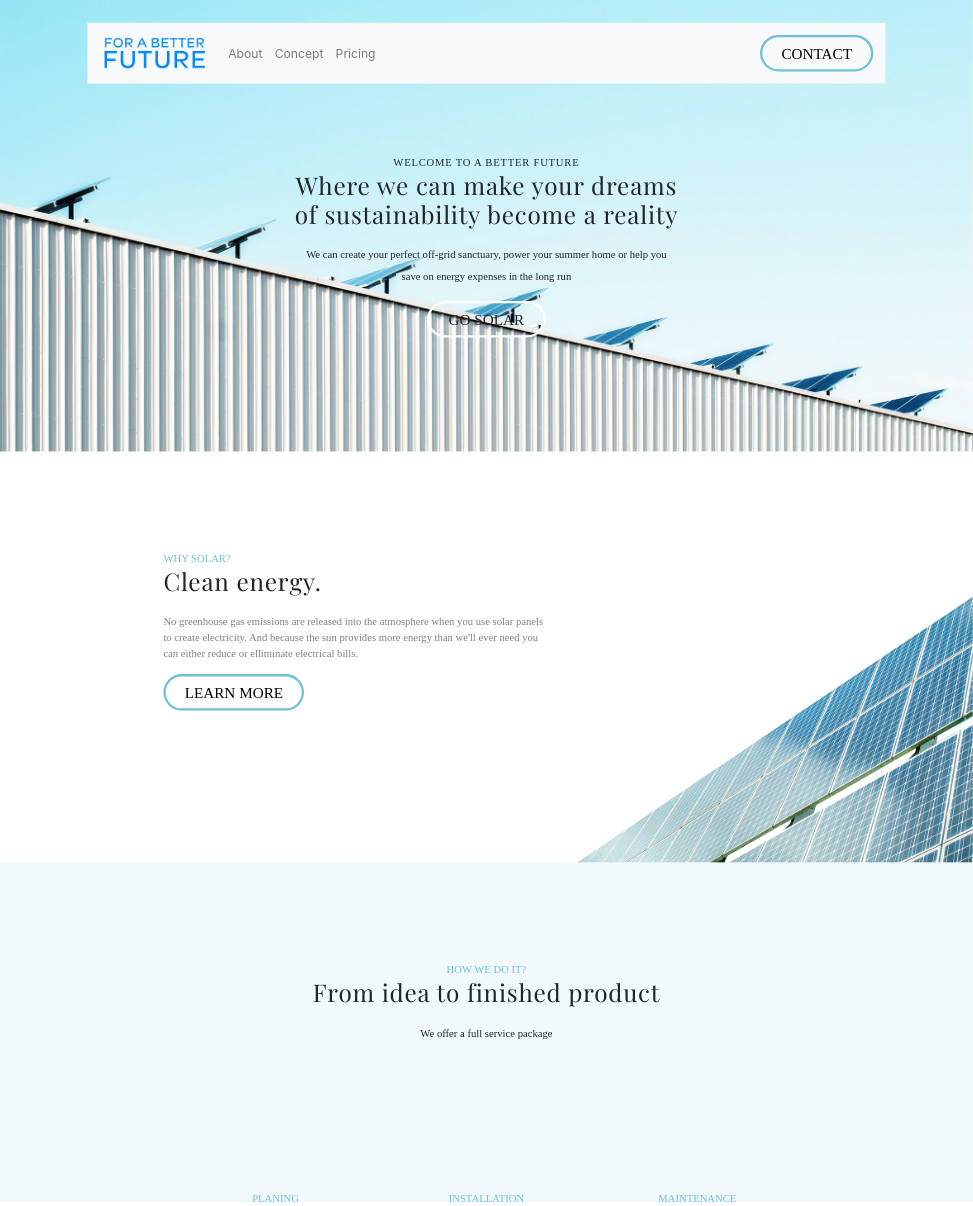
Repository: sabinemm/fabf
Page: index.html
The author's editor kept a record of every edit. The page is drawn from the files as they stood at one moment, then again after the next edit.
The browser window is 1280 px wide. The pictures show the whole page, at 76% of full size.
Backgrounds fixed to the window are drawn as part of the page. Some web fonts or font styles are not loaded; a fallback is used. Some web libraries are served in a nearby version.

Above is the page before.

### index.html
<!DOCTYPE html>
<html lang="en">

<head>
    <meta charset="UTF-8">
    <meta name="viewport" content="width=device-width, initial-scale=1.0">
    <meta http-equiv="X-UA-Compatible" content="ie=edge">
    <link rel="stylesheet" href="style.css" type="text/css" />
    <link rel="stylesheet" href="https://stackpath.bootstrapcdn.com/bootstrap/4.3.1/css/bootstrap.min.css" integrity="sha384-ggOyR0iXCbMQv3Xipma34MD+dH/1fQ784/j6cY/iJTQUOhcWr7x9JvoRxT2MZw1T" crossorigin="anonymous">
    <link rel="stylesheet" media="screen" href="https://fontlibrary.org/face/roundo" type="text/css" />
    <link rel="stylesheet" media="screen" href="https://fontlibrary.org/face/source-sans-pro" type="text/css" />
    <link href="https://fonts.googleapis.com/css?family=Playfair+Display&display=swap" rel="stylesheet">
    <script src="https://kit.fontawesome.com/7e530e9396.js"></script>
    <title>FOR A BETTER FUTURE</title>
</head>

<body>

    <!–-----– NAVBAR ------->

    <div class="container">
        <nav class="navbar navbar-fixed-top navbar-expand-lg navbar-light bg-light">
            <a class="navbar-brand" href="#">
          <img src="img/logo.svg" height="50px"alt="logo">
        </a>
            <button class="navbar-toggler" type="button" data-toggle="collapse" data-target="#navbarText" aria-controls="navbarText" aria-expanded="false" aria-label="Toggle navigation">
    <span class="navbar-toggler-icon"></span>
  </button>
            <div class="collapse navbar-collapse justify-content-center" id="navbarText">
                <ul class="navbar-nav mr-auto">
                    <li class="nav-item">
                        <a class="nav-link" href="#">About</a>
                    </li>
                    <li class="nav-item">
                        <a class="nav-link" href="#">Concept</a>
                    </li>
                    <li class="nav-item">
                        <a class="nav-link" href="#">Pricing</a>
                    </li>
                </ul>
                <span class="navbar-text">
          <button type="button" class="btn btn-blue-border">CONTACT</button>
    </span>
            </div>
        </nav>
    </div>

    <!–-----– FIRST SECTION ------->

    <section id="parallax">
        <div class="container">
            <div class="ltitle text-center">
                <p class="uppercase stitle">WELCOME TO A BETTER FUTURE</p>
                <h2> Where we can make your dreams <br> of sustainability become a reality </h2>
                <p class="tparagraph"> We can create your perfect off-grid sanctuary, power your summer home or help you <br> save on energy expenses in the long run</p>
                <button type="button" class="btn  btn-transp-white-border">GO SOLAR</button>
            </div>
        </div>
    </section>

    <!–-----– SECOND SECTION ------->

    <section id="clean">
        <div class="container container-fluid section-2">
            <div class="row">
                <div class="col col-md-6">
                    <p class="uppercase stitle stitle-blue">WHY SOLAR?</p>
                    <h2 class="ltitle ltitle2"> Clean energy.</h2>
                    <p class="tparagraph tparagraph2"> No greenhouse gas emissions are released into the atmosphere when you use solar panels to create electricity. And because the sun provides more energy than we'll ever need you can either reduce or elliminate electrical bills. </p>
                    <button type="button" class="btn btn-blue-border">LEARN MORE</button>

                </div>
            </div>

            <div class="container">
                <div class="col col-md-6 offset-md-6">
                    <img src="img/sidepanel.png" class="sidepanel"></img>
                </div>
            </div>
        </div>

    </section>

    <!–-----– THIRD SECTION ------->

    <section id="idea">
        <div class="idea-title text-center">
            <p class="uppercase stitle stitle-blue">HOW WE DO IT?</p>
            <h2 class="ltitle ltitle2"> From idea to finished product</h2>
            <p class="tparagraph">We offer a full service package</p>

        </div>
        <div class="container container-fluid ">
            <div class="row m-auto text-center justify-content-center">
                <div class=" col-sm-3 col-md-3">
                    <div class="class="fas fa-pencil-ruler"></div>
                     <p class="uppercase stitle stitle-blue">PLANING</p>
                </div>
                <div class="col-sm-3 col-md-3">
                     <p class="uppercase stitle stitle-blue">INSTALLATION</p>
                </div>
                <div class="col-sm-3 col-md-3">
                     <p class="uppercase stitle stitle-blue">MAINTENANCE</p>
                </div>
            </div>

        </div>

    </section>

</body>

</html>

### style.css

/*-------------------navbar------------------*/

.navbar {
    margin-top: 30px;
    margin-left: 30px;
    margin-right: 30px;

}

@media (max-width:536px) {
    .navbar {
        margin-top: 15px;
        margin-left: 10px;
        margin-right: 10px;
    }
}

/*-------------------Buttons------------------*/

.btn-transp-white-border,
.btn-transp-white-border:hover,
.btn-transp-white-border:active,
.btn-transp-white-border:visited,
.btn-transp-white-border:active:focus,
.btn-transp-white-border:focus {
    background-color: rgba(0, 0, 0, 0);
    border: solid 3px white !important;
    border-radius: 30px !important;
    color: white;
    text-align: center;
    text-decoration: none;
    display: inline-block;
    font-size: 20px !important;
    font-family: 'SourceSansProRegular';
    padding-left: 25px !important;
    padding-right: 25px !important;
}


.btn-transp-white-border:hover {
    background-color: rgba(255, 255, 255, 0.5);
    padding-left: 25px;
    padding-right: 25px;
}


.btn-blue-border,
.btn-blue-border:hover,
.btn-blue-border:active,
.btn-blue-border:visited,
.btn-blue-border:active:focus,
.btn-blue-border:focus {
    background-color: rgba(0, 0, 0, 0) !important;
    border: solid 3px rgb(112, 192, 214) !important;
    border-radius: 30px !important;
    color: black !important;
    text-align: center;
    text-decoration: none;
    display: inline-block;
    font-size: 20px !important;
    font-family: 'SourceSansProRegular';
    padding-left: 25px !important;
    padding-right: 25px!important;
}

.btn-blue-border:hover {
    background-color: rgba(112, 192, 214, 0.5) !important;
    padding-left: 25px;
    padding-right: 25px;
}


/*-------------------SECTION 1 PAGE 1------------------*/

#parallax {
    background: url(img/1page1section.jpg);
    background-attachment: fixed;
    background-position: bottom;
    background-repeat: no-repeat;
    background-size: cover;
    margin-top: -110px;
}

@media (max-width:536px) {
    #parallax {
        margin-top: -110px;
    }
}

.stitle {
    font-size: 14px;
    font-family: 'RoundoRegular';
    font-weight: 500;
    font-style: normal;
    margin-bottom: -5px;
}

.ltitle {
    padding-top: 200px;
    font-family: 'Playfair Display';
    letter-spacing: 1px;
    line-height: 30px;
    padding-bottom: 150px;
}

@media (max-width:768px) {
    .ltitle {
        padding-top: 150px;
        padding-bottom: 100px;
    }
}

.tparagraph {
    padding-top: 10px;
    font-family: 'SourceSansProRegular';
    font-weight: normal;
    font-style: normal;
    font-size: 14px;
    letter-spacing: 0;
}

@media (max-width:768px) {
    br {
        display: none !important;
        visibility: hidden;
    }
}

/*-------------------SECTION 2 PAGE 1------------------*/
#clean {
    padding-left: 0;
}
@media (min-width:768px) {
#clean {
    padding-left: 200px;
}
}


.stitle-blue {
    color:rgb(112, 192, 214);
    padding-top: 70px;

}

@media (min-width:768px) {
    .stitle-blue {
        padding-top: 130px;
    }
}

.ltitle2 {
padding-top: 10px;
padding-bottom: 10px;
}

.tparagraph2 {
    color: gray;

}

.section-2 {
  padding-bottom: 100px;
}

.sidepanel {
position:relative;
float: right;
height:350px;
margin-top: -150px;
margin-right: -45px;
z-index: -1;
}


/*-------------------SECTION 3 PAGE 1------------------*/

#idea {
    background-color: rgb(242, 249,252);
}

.idea-title {;
    padding-bottom: 50px;
    margin-top: 100px;
}

After the next edit:
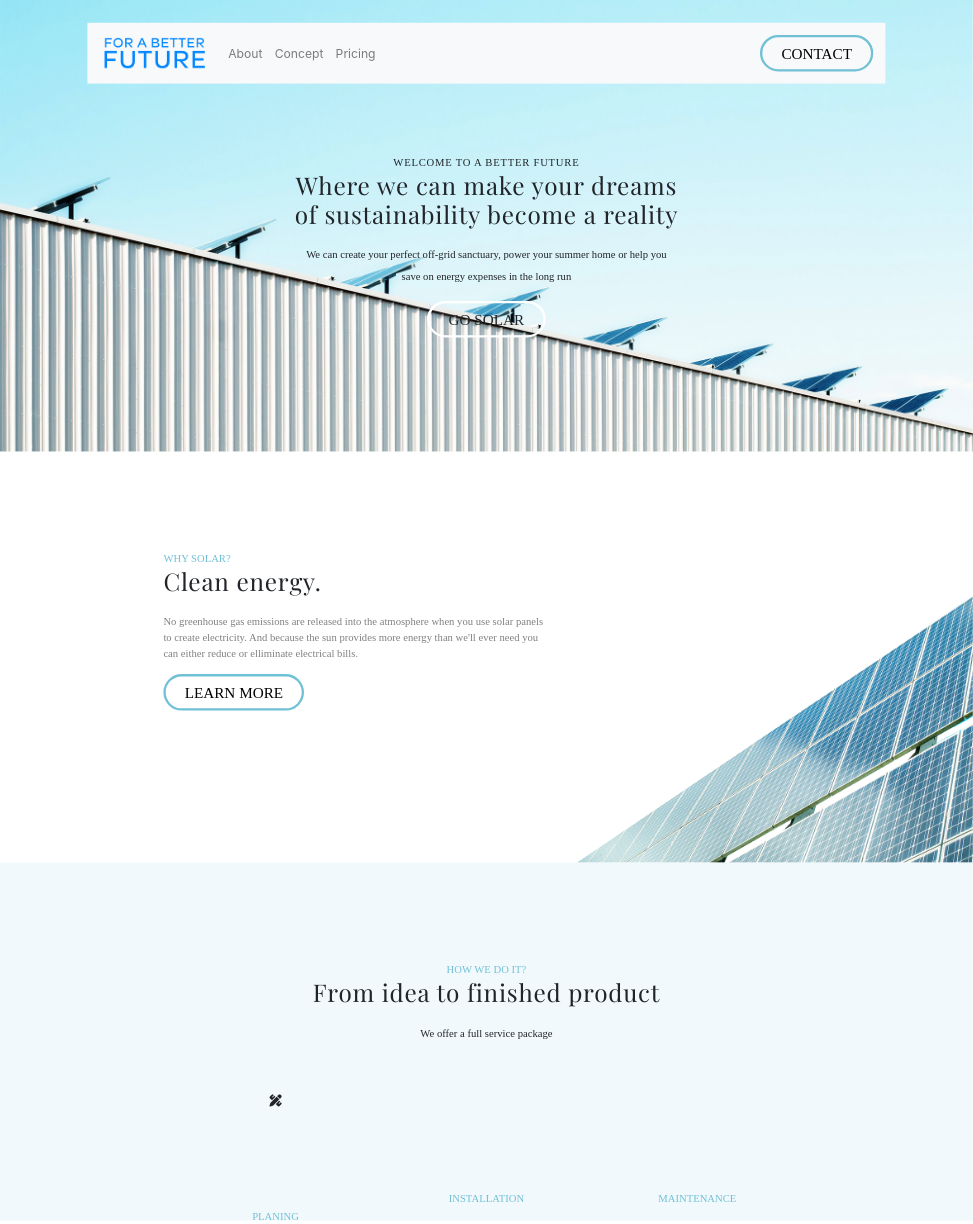
The edit:
--- a/index.html
+++ b/index.html
@@ -93,7 +93,7 @@
         <div class="container container-fluid ">
             <div class="row m-auto text-center justify-content-center">
                 <div class=" col-sm-3 col-md-3">
-                    <div class="class="fas fa-pencil-ruler"></div>
+                   <div class="icons"><i class="fas fa-pencil-ruler "></i></div>
                      <p class="uppercase stitle stitle-blue">PLANING</p>
                 </div>
                 <div class="col-sm-3 col-md-3">
